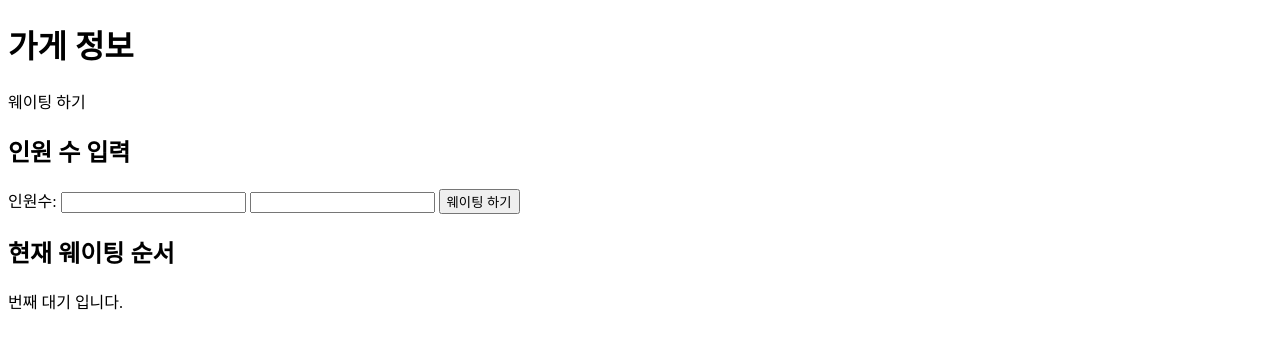
Repository: MeGuuuun/-_TableJava
Page: http://localhost/kimbanbagi/wait.jsp
These files come from the project's save history. The page is drawn as it stood at one moment and after the next save; the edit follows.
The browser window is 1280 px wide. The pictures show the whole page.
The page is served by Tomcat 10. The template is opened directly, without the code that normally fills it, so the values that code supplies are empty.

Above is the page before, as saved 2024-06-12 00:39:21.

After the next save:
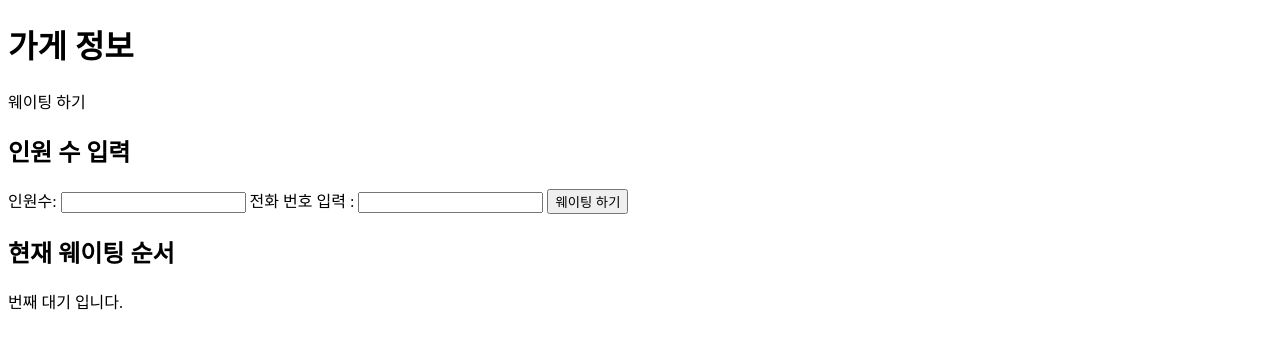
Saved 11 s later.
--- a/tableJava/kimbanbagi/WebContent/wait.jsp
+++ b/tableJava/kimbanbagi/WebContent/wait.jsp
@@ -17,6 +17,7 @@
             <input type="hidden" name="restaurantName" value="${restaurantName}">
             <label for="headCount">인원수:</label>
             <input type="number" id="headCount" name="headCount" min="1" required>
+            <label>전화 번호 입력 :</label>
             <input type="text" name="phoneNumber">
             <button type="submit" name="action" value="addBook">웨이팅 하기</button>
         </form>
